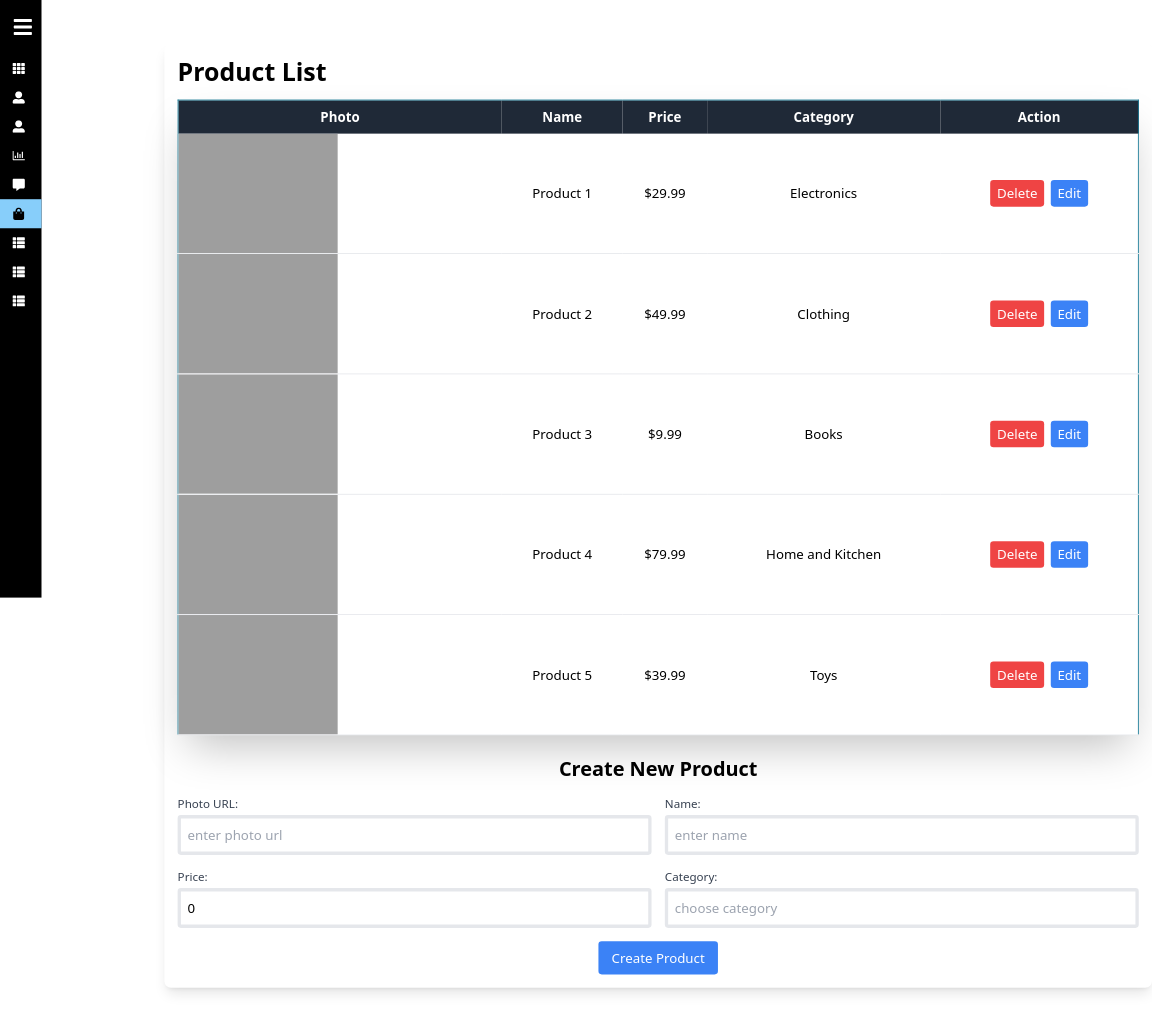
Repository: AndargWorku12/admin-dashboard
Page: /product
An editor plug-in stored every save of this project. The page is shown before and after the next save, followed by the edit.
The browser window is 1280 px wide. The page is 1388 px wide, then 1340 px, so the pictures cover 1388 px, including what lies to the right of the window. The pictures show the whole page, at 83% of full size.
Pictures or frames that could not be fetched are drawn as grey boxes. The project was rebuilt for these pictures with package versions that can differ from the ones it lists, and the page was loaded fresh each time. Also part of the build but not shown: src/pages/Dashboard.tsx, src/pages/Orders.tsx, src/pages/Category.tsx, src/pages/Login.tsx, src/pages/Analytics.tsx, src/pages/CustemerReview.tsx, src/pages/ShopCard.tsx, src/pages/SignUpForm.tsx.

Above is the page before, as saved 2024-01-26 00:15:11.

After the next save:
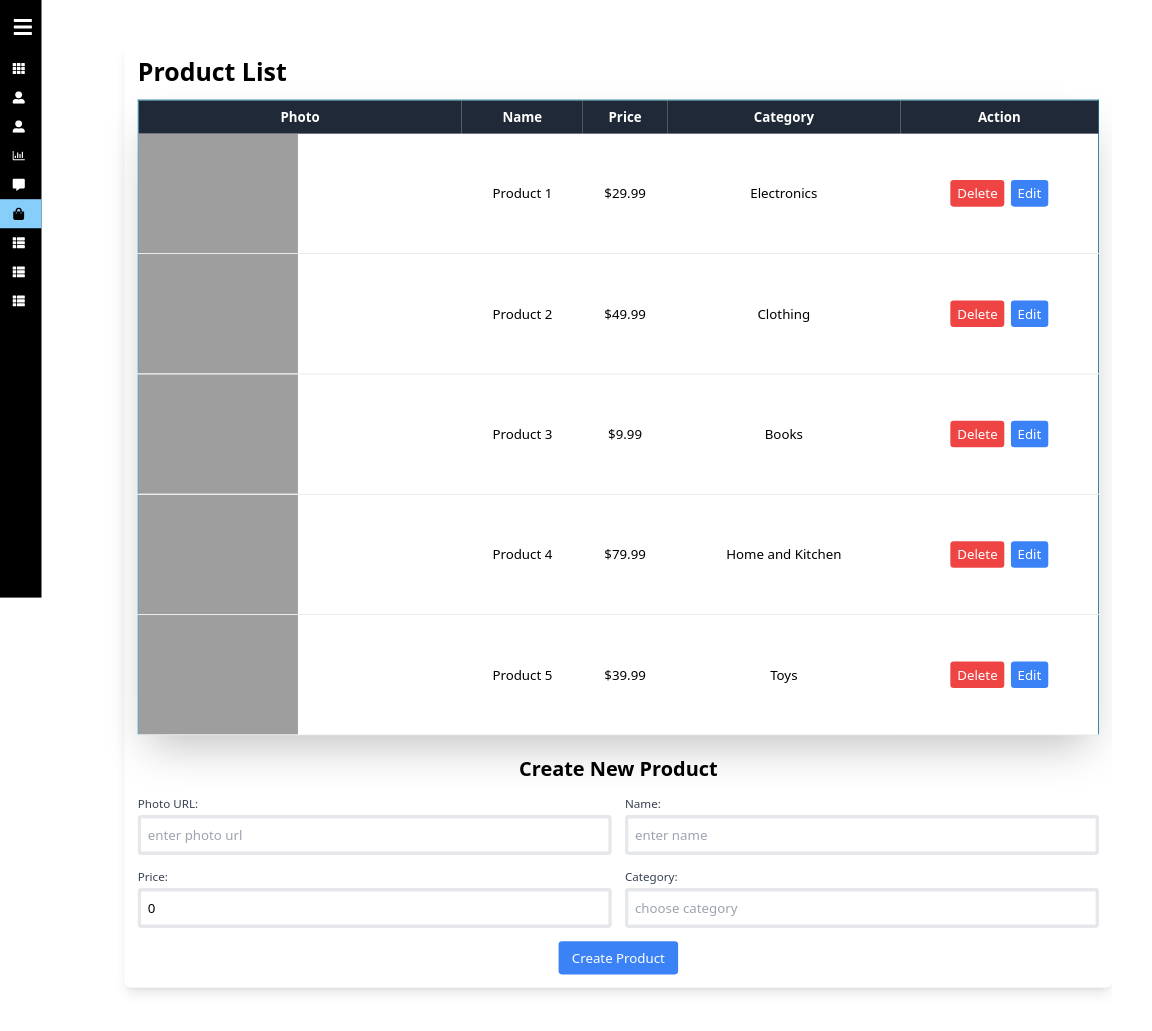
Saved 88 s later.
--- a/src/pages/ProductList.tsx
+++ b/src/pages/ProductList.tsx
@@ -50,7 +50,7 @@ const ProductList: React.FC<ProductListProps> = ({ products, onCreate, onDelete,
   };
 
   return (
-    <div className="container mx-auto my-8 p-4 bg-white shadow-lg rounded-lg block gap-64 text-center ml-32">
+    <div className="container mx-auto my-8 p-4 bg-white shadow-lg rounded-lg block gap-64 text-center ml-20">
       <h2 className="text-3xl font-bold mb-4 text-left">Product List</h2>
       <table className="w-full border border-cyan-700 w-max-80 shadow-2xl box-shadow: 0 4px 6px -1px rgba(169, 169, 169, 0.1), 0 2px 4px -1px rgba(169, 169, 169, 0.06);">
         <thead>
